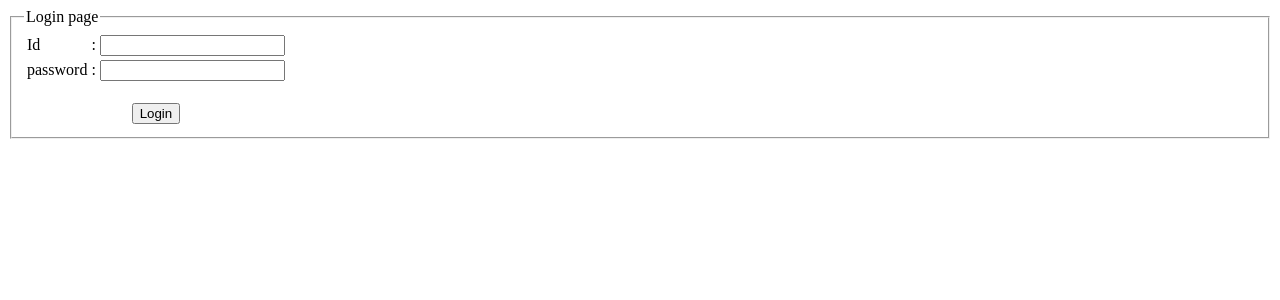
Repository: 81akshucaptain/TY_CG_HTD_BangloreNovember_JFS_AkahaykumarAgasanalli
Page: http://localhost/mywebapp/loginForm
An editor plug-in stored every save of this project. The page is shown before and after the next save, followed by the edit.
The browser window is 1280 px wide. The pictures show the whole page.
The page is served by Tomcat 9.

Above is the page before, as saved 2019-12-17 13:07:43.

After the next save:
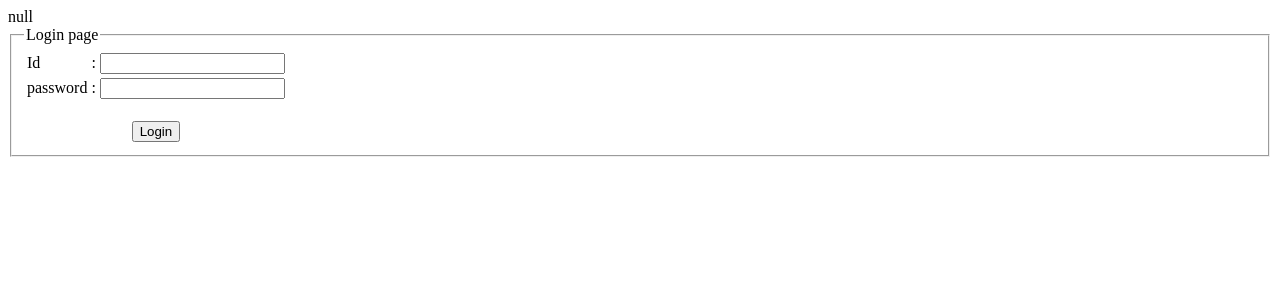
Saved 6 min 31 s later.
--- a/Akshay-BACK end codes/Servlet/mywebapp/src/main/webapp/loginFormJsp.jsp
+++ b/Akshay-BACK end codes/Servlet/mywebapp/src/main/webapp/loginFormJsp.jsp
@@ -1,5 +1,8 @@
 <%@ page language="java" contentType="text/html; charset=ISO-8859-1"
 	pageEncoding="ISO-8859-1"%>
+<!-- 	SCRIPT-LET TAG -->
+	<% String msg=(String)request.getAttribute("msg");%>
+
 <!DOCTYPE html>
 <html>
 <head>
@@ -7,7 +10,8 @@
 <title>Insert title here</title>
 </head>
 <body>
-
+<!-- EXPRESSION TAG THERE WILL NOT BE ANY SEMICOLONS -->
+<%=msg %>
 	<fieldset>
 		<legend>Login page</legend>
 		<form action="./login2" method="post">
